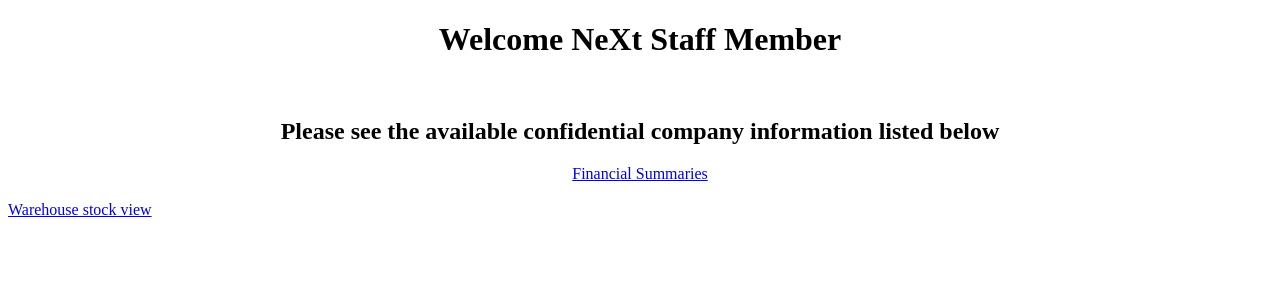
Repository: rstevenson6/304Project
Page: http://localhost/GroupProject/Admin.jsp
These files come from the project's save history. The page is drawn as it stood at one moment and after the next save; the edit follows.
The browser window is 1280 px wide. The pictures show the whole page.
The page is served by Tomcat 9.

Above is the page before, as saved 2016-11-28 06:15:18.

After the next save:
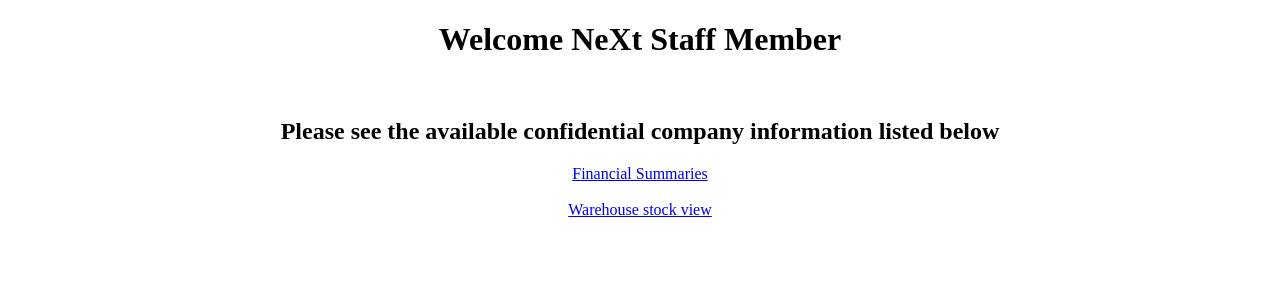
Saved 30 s later.
--- a/GroupProject/WebContent/Admin.jsp
+++ b/GroupProject/WebContent/Admin.jsp
@@ -10,7 +10,7 @@
 <h1 align="center"> Welcome NeXt Staff Member</h1> </br>
 <h2 align="center"> Please see the available confidential company information listed below</h2>
 <center><a href= listprod.jsp align="center">Financial Summaries</a></center></br>
-<a href= listprod.jsp>Warehouse stock view</a>
+<center><a href= listprod.jsp>Warehouse stock view</a></center></br>
 
 
 </body>
